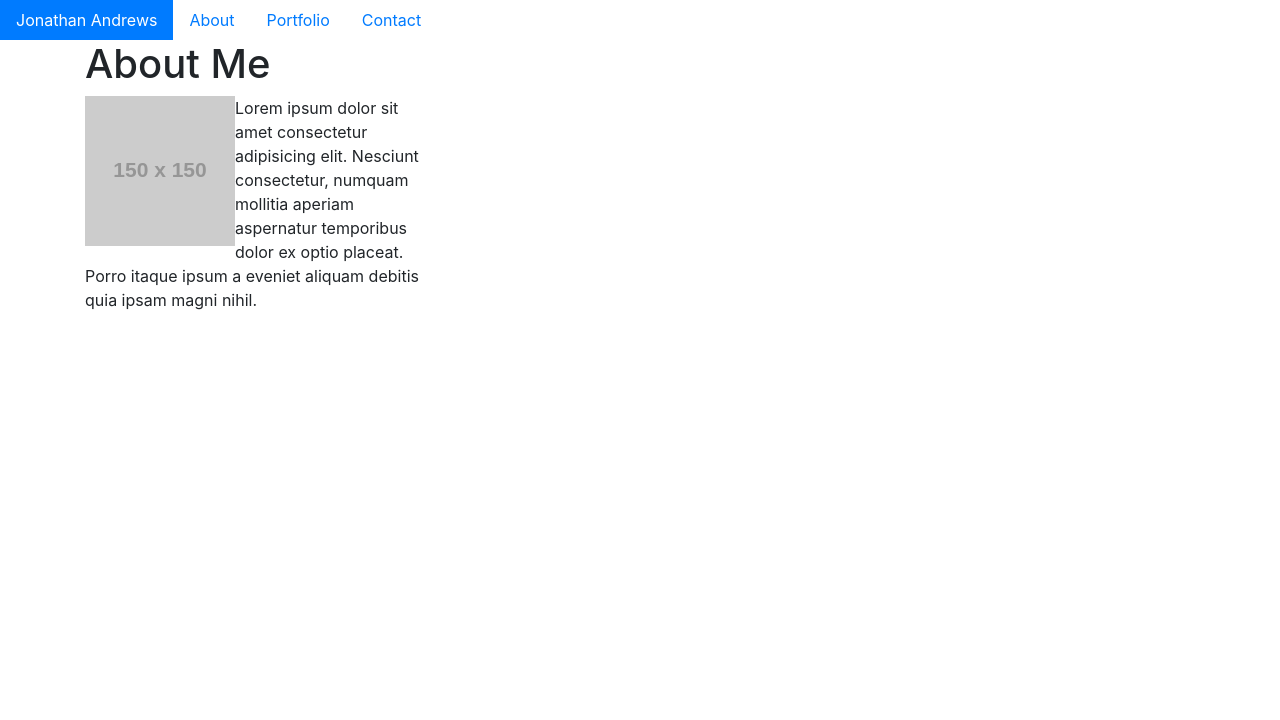
Repository: ionathas78/ionathas78.github.io
Page: index.html
These files come from the project's save history. The page is drawn as it stood at one moment and after the next save; the edit follows.
The browser window is 1280 px wide. The pictures show the whole page.

Above is the page before, as saved 2020-03-14 20:45:41.

### index.html
<!DOCTYPE html>
<html lang="en">
<head>
    <meta charset="UTF-8">
    <meta name="viewport" content="width=device-width, initial-scale=1.0">
    <title>Document</title>

    <link rel="stylesheet" href="https://stackpath.bootstrapcdn.com/bootstrap/4.4.1/css/bootstrap.min.css" integrity="sha384-Vkoo8x4CGsO3+Hhxv8T/Q5PaXtkKtu6ug5TOeNV6gBiFeWPGFN9MuhOf23Q9Ifjh" crossorigin="anonymous">
</head>
<body>
    <header>
        <ul class="nav">
            <li class="nav-item bg-primary">
              <a class="nav-link active" href="#" style="color: white;">Jonathan Andrews</a>
            </li>
            <li class="nav-item">
              <a class="nav-link" href="index.html">About</a>
            </li>
            <li class="nav-item">
              <a class="nav-link" href="portfolio.html">Portfolio</a>
            </li>
            <li class="nav-item">
                <a class="nav-link" href="contact.html">Contact</a>
            </li>
        </ul>
    </header>

    <div class="container">
        <div class="row">
            <div class="col-lg-4">
                <h1>About Me</h1>
                <img
                    src="https://via.placeholder.com/150"
                    alt="My Index Pic"
                    class="float-left"
                />
                <p>
                    Lorem ipsum dolor sit amet consectetur adipisicing elit. Nesciunt consectetur, numquam mollitia aperiam aspernatur temporibus dolor ex optio placeat. Porro itaque ipsum a eveniet aliquam debitis quia ipsam magni nihil.
                </p>
            </div>
        </div>
    </div>

    <!-- JS Scripts -->

    <script src="https://code.jquery.com/jquery-3.4.1.slim.min.js" integrity="sha384-J6qa4849blE2+poT4WnyKhv5vZF5SrPo0iEjwBvKU7imGFAV0wwj1yYfoRSJoZ+n" crossorigin="anonymous"></script>
    <script src="https://cdn.jsdelivr.net/npm/popper.js@1.16.0/dist/umd/popper.min.js" integrity="sha384-Q6E9RHvbIyZFJoft+2mJbHaEWldlvI9IOYy5n3zV9zzTtmI3UksdQRVvoxMfooAo" crossorigin="anonymous"></script>
    <script src="https://stackpath.bootstrapcdn.com/bootstrap/4.4.1/js/bootstrap.min.js" integrity="sha384-wfSDF2E50Y2D1uUdj0O3uMBJnjuUD4Ih7YwaYd1iqfktj0Uod8GCExl3Og8ifwB6" crossorigin="anonymous"></script>
</body>
</html>

After the next save:
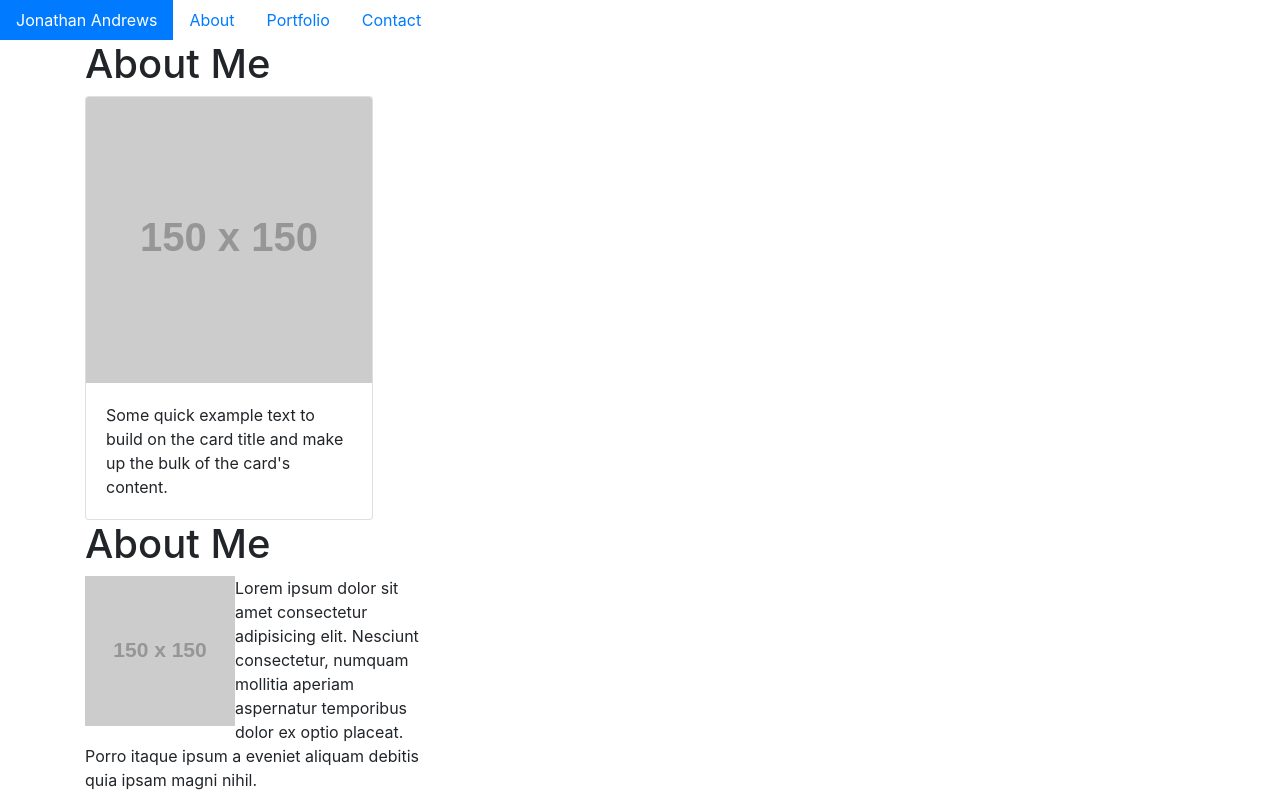
Saved 3 min 14 s later.
--- a/index.html
+++ b/index.html
@@ -28,6 +28,14 @@
     <div class="container">
         <div class="row">
             <div class="col-lg-4">
+                <h1>About Me</Menu></h1>
+                <div class="card" style="width: 18rem;">
+                    <img src="https://via.placeholder.com/150" class="card-img-top float-left" alt="...">
+                    <div class="card-body">
+                      <p class="card-text">Some quick example text to build on the card title and make up the bulk of the card's content.</p>
+                    </div>
+                  </div>
+
                 <h1>About Me</h1>
                 <img
                     src="https://via.placeholder.com/150"
